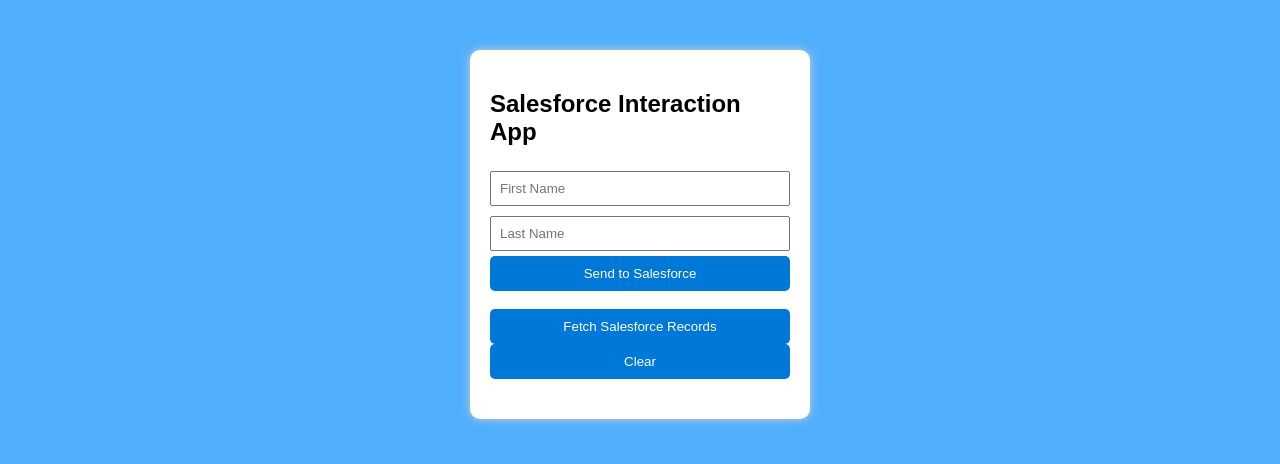
Repository: PamodaW/SalesforceSync
Page: Client/index.html
An editor plug-in stored every save of this project. The page is shown before and after the next save, followed by the edit.
The browser window is 1280 px wide. The pictures show the whole page.

Above is the page before, as saved 2024-11-20 15:32:46.

After the next save:
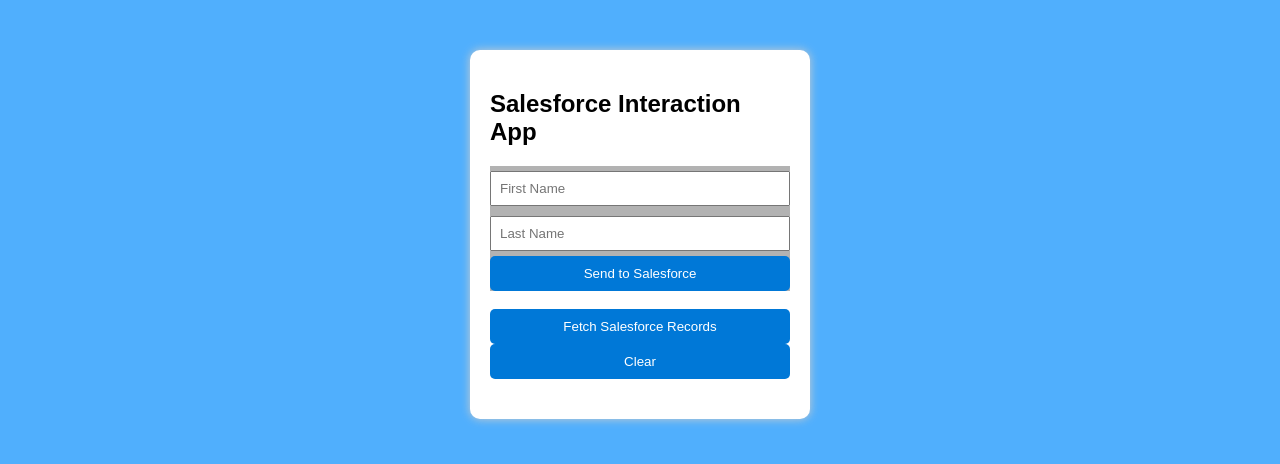
Saved 17 s later.
--- a/Client/style.css
+++ b/Client/style.css
@@ -40,5 +40,6 @@
 
 
 form{
-    background: transparent;
+    background-color: rgba(0, 0, 0, 0.3); /* 30% transparent black background */
+    color: #ffffff; /* Text color remains opaque */
 }
